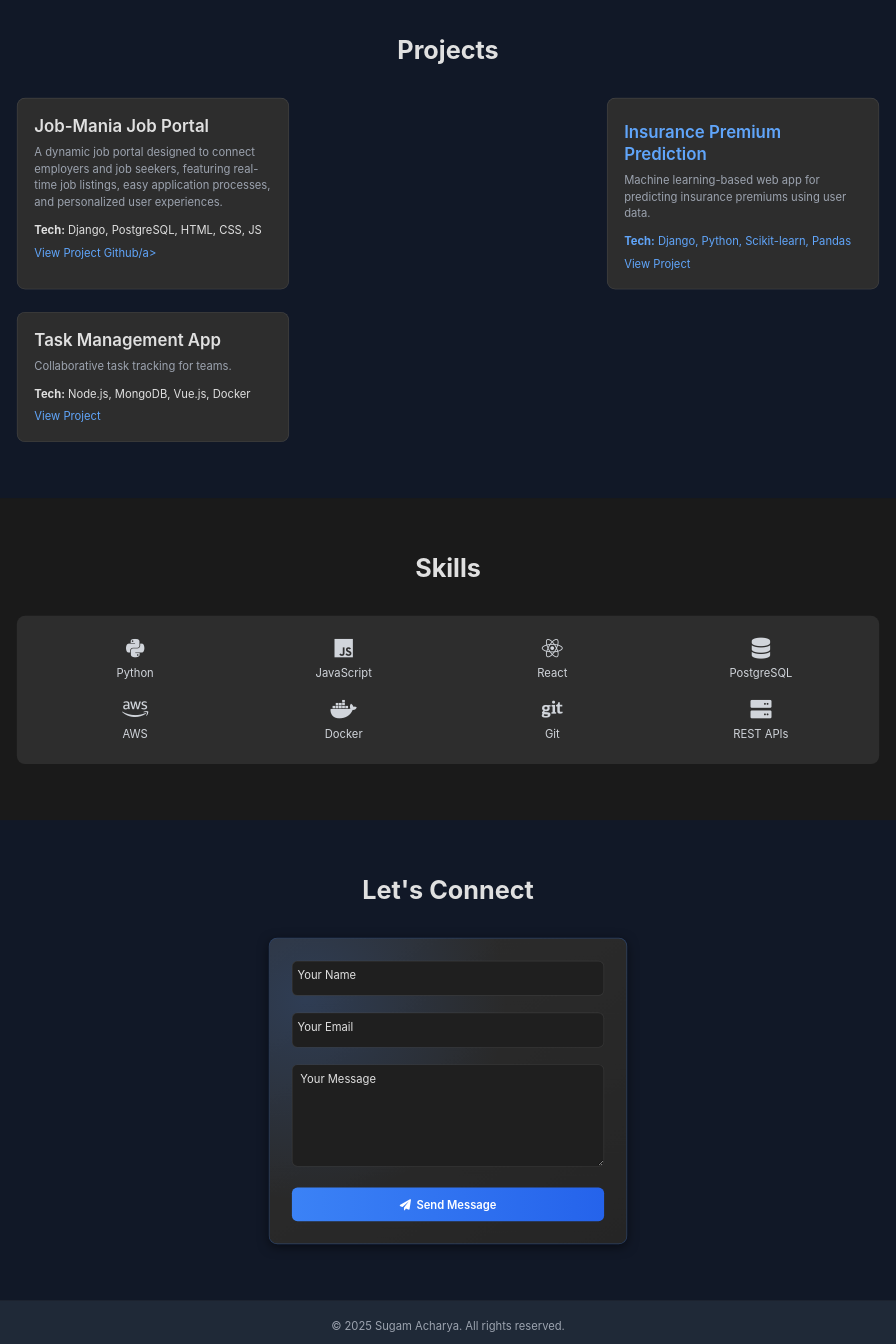
Repository: Sugaam0/Portfolio
Page: portfolio/home/templates/home/index.html
The author's editor kept a copy of each file at every save. The page is drawn from the files as they stood at one save, then again after the next save.
The browser window is 1280 px wide. The pictures show the part of the page from y = 1111 to 3031 px (the page is 3084 px tall before and 3068 px after), at 70% of full size.
The template is drawn by Django 5.2. The application's start-up code is not run. The template is opened directly, without the code that normally fills it, so the values that code supplies are empty.

Above is the page before, as saved 2025-05-08 17:44:19.

After the next save:
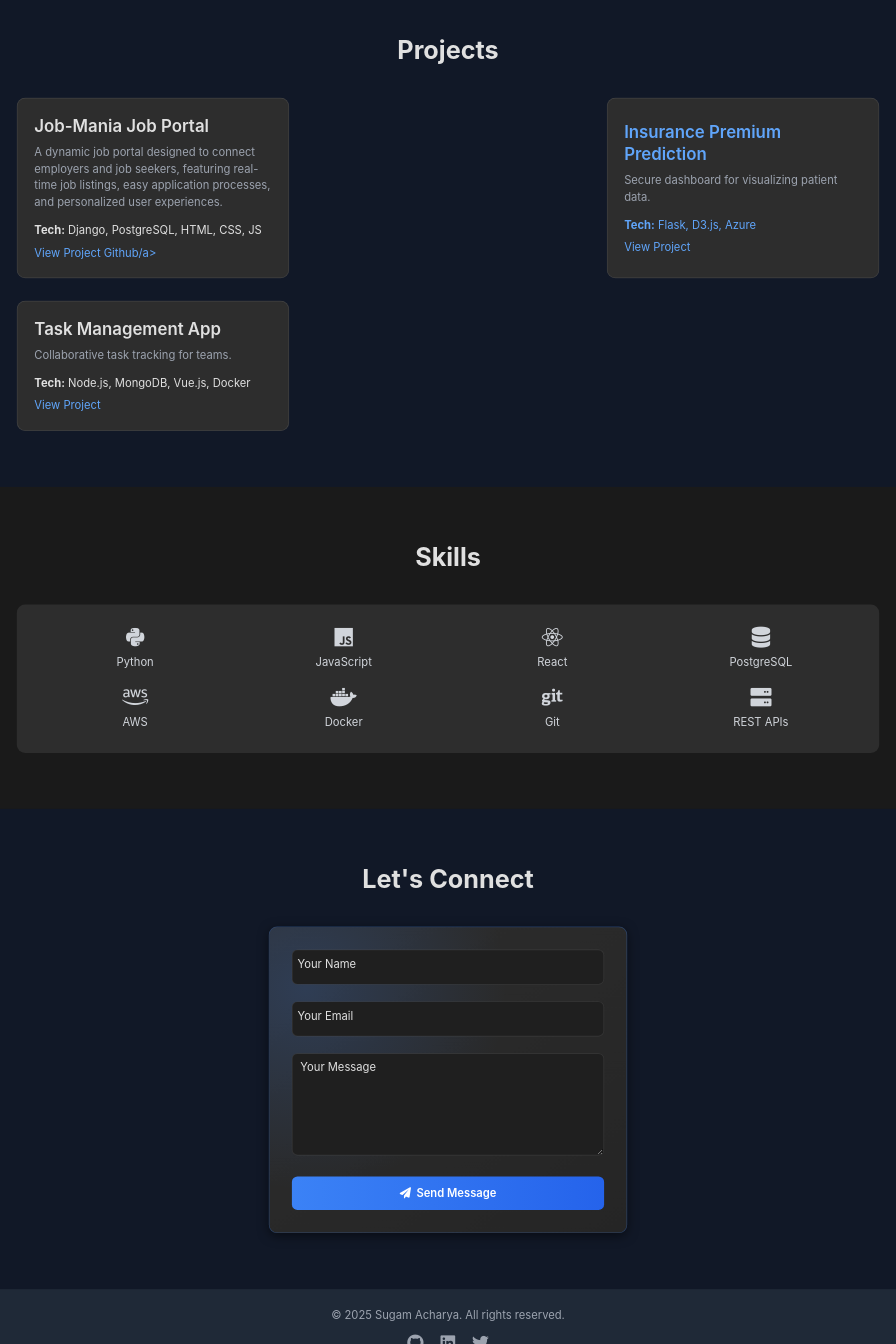
Saved 13 s later.
--- a/portfolio/home/templates/home/index.html
+++ b/portfolio/home/templates/home/index.html
@@ -56,11 +56,10 @@
       </div>
       <div class="project-card section-bg p-6">
         <h3 class="text-2xl font-semibold mb-2">Insurance Premium Prediction</h3>
-        <p class="text-gray-400 mb-4">Machine learning-based web app for predicting insurance premiums using user data.</p>
-        <p><strong>Tech:</strong> Django, Python, Scikit-learn, Pandas</p>
+        <p class="text-gray-400 mb-4">Secure dashboard for visualizing patient data.</p>
+        <p><strong>Tech:</strong> Flask, D3.js, Azure</p>
         <a href="#" class="text-blue-400 hover:underline mt-2 inline-block">View Project</a>
-    </div>
-
+      </div>
       <div class="project-card section-bg p-6">
         <h3 class="text-2xl font-semibold mb-2">Task Management App</h3>
         <p class="text-gray-400 mb-4">Collaborative task tracking for teams.</p>
